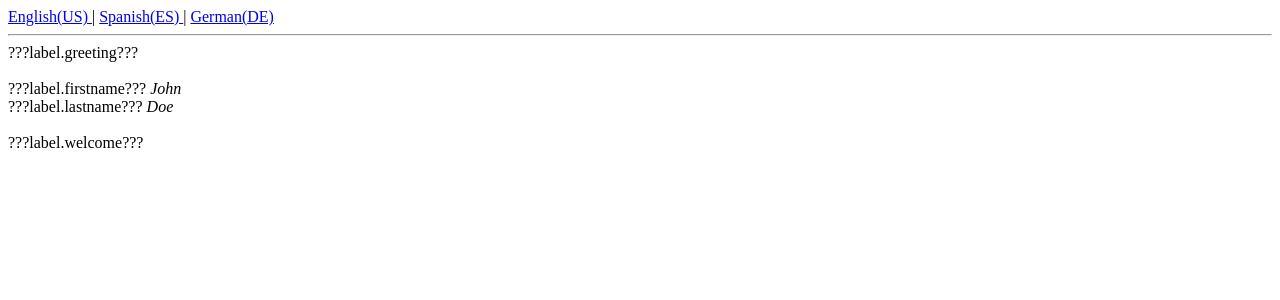
Repository: ddwysg1/JSP-Servlets-and-JDBC-for-beginners
Page: http://localhost/tagdemo/i18n-message-test.jsp
The author's editor kept a copy of each file at every save. The page is drawn from the files as they stood at one save, then again after the next save.
The browser window is 1280 px wide. The pictures show the whole page.
The page is served by Tomcat 9.

Above is the page before, as saved 2018-07-17 08:47:01.

### connection_test/tagdemo/WebContent/i18n-message-test.jsp
<%@ taglib uri = "http://java.sun.com/jsp/jstl/core"  prefix ="c" %>

<%@ taglib uri = "http://java.sun.com/jsp/jstl/fmt"  prefix ="fmt" %>

<c:set var = "theLocale"
value = "${not empty param.theLocale ? param.theLocale : pageContext.request.locale}"
scope = "session" />
<fmt:setLocale value = "${theLocale}" />
<fmt:setBundle basename="com.luv2code.jsp.tagedemo.i18n.resources.mylabels" />


<html>
<body>
<a href="i18n-message-test.jsp?theLocale=en_US"> English(US) </a>
|
<a href="i18n-message-test.jsp?theLocale=es_ES"> Spanish(ES) </a>
|
<a href="i18n-message-test.jsp?theLocale=de_DE"> German(DE) </a>

<hr>
<fmt:message key="label.greeting" /> <br/> <br/>
<fmt:message key="label.firstname" /> <i> John </i> <br/>
<fmt:message key="label.lastname" /> <i> Doe </i> <br/> <br/>
<fmt:message key="label.welcome" /> <br/>
</body>
</html>

After the next save:
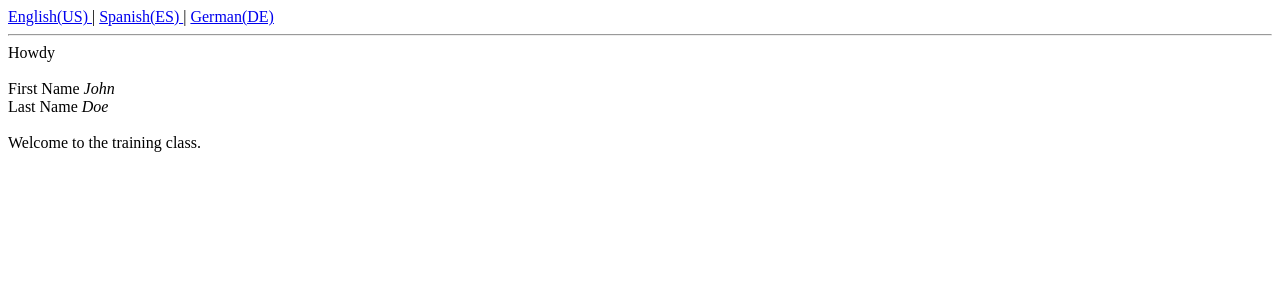
Saved 2 min 12 s later.
--- a/connection_test/tagdemo/WebContent/i18n-message-test.jsp
+++ b/connection_test/tagdemo/WebContent/i18n-message-test.jsp
@@ -6,7 +6,7 @@
 value = "${not empty param.theLocale ? param.theLocale : pageContext.request.locale}"
 scope = "session" />
 <fmt:setLocale value = "${theLocale}" />
-<fmt:setBundle basename="com.luv2code.jsp.tagedemo.i18n.resources.mylabels" />
+<fmt:setBundle basename="com.luv2code.jsp.tagdemo.i18n.resources.mylabels" />
 
 
 <html>
